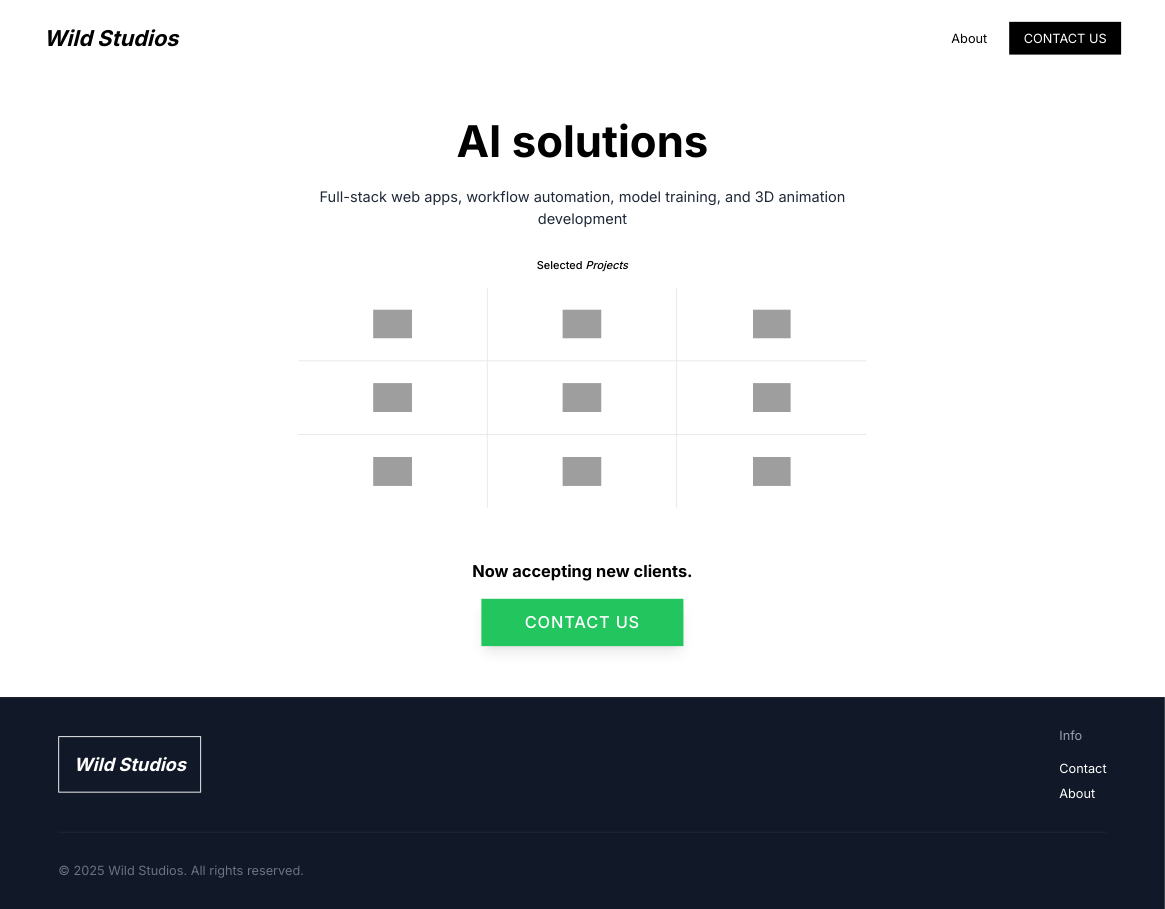
Repository: wpulier/wildstudio
Page: /
These files come from the project's save history. The page is drawn as it stood at one moment and after the next save; the edit follows.
The browser window is 1280 px wide. The pictures show the whole page, at 91% of full size.
Pictures or frames that could not be fetched are drawn as grey boxes. The project was rebuilt for these pictures with package versions that can differ from the ones it lists, and the page was loaded fresh each time. The framework's server and built-in components were replaced by stand-ins that run in the browser. Also part of the build but not shown: next.config.mjs.

Above is the page before, as saved 2025-03-01 14:08:43.

### src/app/layout.tsx
import type { Metadata } from "next";
import { Inter } from "next/font/google";
import "./globals.css";
import Footer from "./components/Footer";
import Navigation from "./components/Navigation";

const inter = Inter({ subsets: ["latin"] });

export const metadata: Metadata = {
  title: "Wild Studios | Design for the Digital Age",
  description: "Wild Studios designs products for the future. From digital interfaces to brand identities to immersive apps.",
};

export default function RootLayout({
  children,
}: Readonly<{
  children: React.ReactNode;
}>) {
  return (
    <html lang="en">
      <body className={inter.className}>
        <div className="flex flex-col min-h-screen">
          <Navigation />
          <main className="flex-grow mb-8">
            {children}
          </main>
          <Footer />
        </div>
      </body>
    </html>
  );
}

### src/app/page.tsx
import Link from 'next/link';
import { projects } from '@/data/projects';

export default function Home() {
  return (
    <>
      {/* Hero Section - Reduced top margin */}
      <section className="flex flex-col items-center justify-center text-center px-4 mt-8 md:mt-12">
        <h1 className="text-3xl md:text-5xl font-bold max-w-3xl">
          AI solutions
        </h1>

        <p className="mt-4 md:mt-6 max-w-2xl text-center text-sm md:text-base text-gray-800">
          Full-stack web apps, workflow automation, model training, and 3D animation development
        </p>
      </section>

      {/* Projects Grid Section - Reduced padding */}
      <section className="px-4 md:px-6 py-6 md:py-8 mx-auto w-full max-w-2xl">
        <h2 className="text-xs font-medium text-center mb-4">
          Selected <span className="italic">Projects</span>
        </h2>

        {/* Project Grid - Made slightly more compact */}
        <div className="mx-auto">
          <div className="grid grid-cols-3 mx-auto">
            {projects.map((project, index) => {
              const isRightBorder = index % 3 !== 2;
              const isBottomBorder = index < 6;

              return (
                <Link
                  key={index}
                  href={`/projects/${project.slug}`}
                  className={`
                    block
                    ${isRightBorder ? 'border-r border-gray-200' : ''}
                    ${isBottomBorder ? 'border-b border-gray-200' : ''}
                  `}
                >
                  <div className="h-[80px] w-full flex justify-center items-center group">
                    <img
                      src={project.logo}
                      alt={project.name}
                      className="w-[40%] h-[40%] object-contain transition-transform duration-200
                               group-hover:scale-110"
                    />
                  </div>
                </Link>
              );
            })}
          </div>
        </div>
      </section>

      {/* CTA Section - Reduced top padding */}
      <section className="py-6 px-4 text-center">
        <div className="max-w-2xl mx-auto">
          <p className="mb-4 font-bold text-lg">Now accepting new clients.</p>
          <Link
            href="/contact"
            className="inline-block bg-green-500 hover:bg-green-600 text-white py-3 px-12 uppercase tracking-wider text-base md:text-lg font-medium transition-colors duration-200 shadow-lg hover:shadow-xl"
          >
            CONTACT US
          </Link>
        </div>
      </section>
    </>
  );
}

### src/app/globals.css
@tailwind base;
@tailwind components;
@tailwind utilities;

:root {
  --foreground-rgb: 0, 0, 0;
  --background-rgb: 255, 255, 255;
}

body {
  color: rgb(var(--foreground-rgb));
  background: rgb(var(--background-rgb));
}

a {
  transition: color 0.2s ease;
}

button {
  transition: opacity 0.2s ease;
}

button:hover {
  opacity: 0.9;
}

### src/app/components/Footer.tsx
import Link from 'next/link';

export default function Footer() {
  return (
    <footer className="bg-gray-900 text-white py-6 md:py-8 px-4 md:px-12">
      <div className="max-w-6xl mx-auto">
        <div className="flex flex-col md:flex-row md:justify-between md:items-center">
          {/* Logo */}
          <div className="mb-6 md:mb-0">
            <div className="border border-white p-3 md:p-4 inline-block">
              <span className="text-lg md:text-xl italic font-bold">Wild Studios</span>
            </div>
          </div>

          {/* Simplified Navigation */}
          <div>
            <h4 className="text-xs md:text-sm text-gray-400 mb-2 md:mb-4">Info</h4>
            <ul className="space-y-1 md:space-y-2 text-sm">
              <li><Link href="/contact" className="hover:underline">Contact</Link></li>
              <li><Link href="/about" className="hover:underline">About</Link></li>
            </ul>
          </div>
        </div>

        <div className="mt-6 md:mt-8 pt-4 md:pt-8 border-t border-gray-800 text-xs md:text-sm text-gray-500">
          © {new Date().getFullYear()} Wild Studios. All rights reserved.
        </div>
      </div>
    </footer>
  );
}

### src/app/components/Navigation.tsx
import Link from 'next/link';

export default function Navigation() {
  return (
    <header className="flex justify-between items-center py-4 md:py-6 px-4 md:px-12">
      <Link href="/" className="text-xl md:text-2xl font-bold italic">
        Wild Studios
      </Link>
      <nav className="flex items-center space-x-3 md:space-x-6">
        <Link href="/about" className="text-sm hover:underline">About</Link>
        <Link href="/contact" className="text-sm bg-black text-white px-3 py-1.5 md:px-4 md:py-2">
          CONTACT US
        </Link>
      </nav>
    </header>
  );
}

### src/data/projects.ts
export interface Project {
  name: string;
  slug: string;
  logo: string;
  description: string;
}

export const projects: Project[] = [
  {
    name: "Spotify",
    slug: "spotify",
    logo: "https://upload.wikimedia.org/wikipedia/commons/thumb/8/84/Spotify_icon.svg/232px-Spotify_icon.svg.png",
    description: "Redesigning the listening experience"
  },
  {
    name: "Adobe",
    slug: "adobe",
    logo: "https://upload.wikimedia.org/wikipedia/commons/thumb/8/8d/Adobe_Corporate_Logo.png/220px-Adobe_Corporate_Logo.png",
    description: "Reimagining creative tools"
  },
  {
    name: "Tesla",
    slug: "tesla",
    logo: "https://upload.wikimedia.org/wikipedia/commons/thumb/b/bd/Tesla_Motors.svg/220px-Tesla_Motors.svg.png",
    description: "Future of automotive interfaces"
  },
  {
    name: "Airbnb",
    slug: "airbnb",
    logo: "https://upload.wikimedia.org/wikipedia/commons/thumb/6/69/Airbnb_Logo_B%C3%A9lo.svg/220px-Airbnb_Logo_B%C3%A9lo.svg.png",
    description: "Revolutionizing travel experiences"
  },
  {
    name: "Apple",
    slug: "apple",
    logo: "https://upload.wikimedia.org/wikipedia/commons/thumb/f/fa/Apple_logo_black.svg/220px-Apple_logo_black.svg.png",
    description: "Designing next-gen devices"
  },
  {
    name: "Slack",
    slug: "slack",
    logo: "https://upload.wikimedia.org/wikipedia/commons/thumb/d/d5/Slack_icon_2019.svg/220px-Slack_icon_2019.svg.png",
    description: "Transforming workplace communication"
  },
  {
    name: "Netflix",
    slug: "netflix",
    logo: "https://upload.wikimedia.org/wikipedia/commons/thumb/0/08/Netflix_2015_logo.svg/220px-Netflix_2015_logo.svg.png",
    description: "Reimagining streaming experiences"
  },
  {
    name: "Google",
    slug: "google",
    logo: "https://upload.wikimedia.org/wikipedia/commons/thumb/2/2f/Google_2015_logo.svg/220px-Google_2015_logo.svg.png",
    description: "Creating the search of tomorrow"
  },
  {
    name: "Twitter",
    slug: "twitter",
    logo: "https://upload.wikimedia.org/wikipedia/commons/thumb/6/6f/Logo_of_Twitter.svg/220px-Logo_of_Twitter.svg.png",
    description: "Redefining social conversations"
  }
];

### tailwind.config.js
/** @type {import('tailwindcss').Config} */
module.exports = {
  content: [
    "./src/app/**/*.{js,ts,jsx,tsx}",
    "./src/pages/**/*.{js,ts,jsx,tsx}",
    "./src/components/**/*.{js,ts,jsx,tsx}",
  ],
  theme: {
    extend: {},
  },
  plugins: [],
}

After the next save:
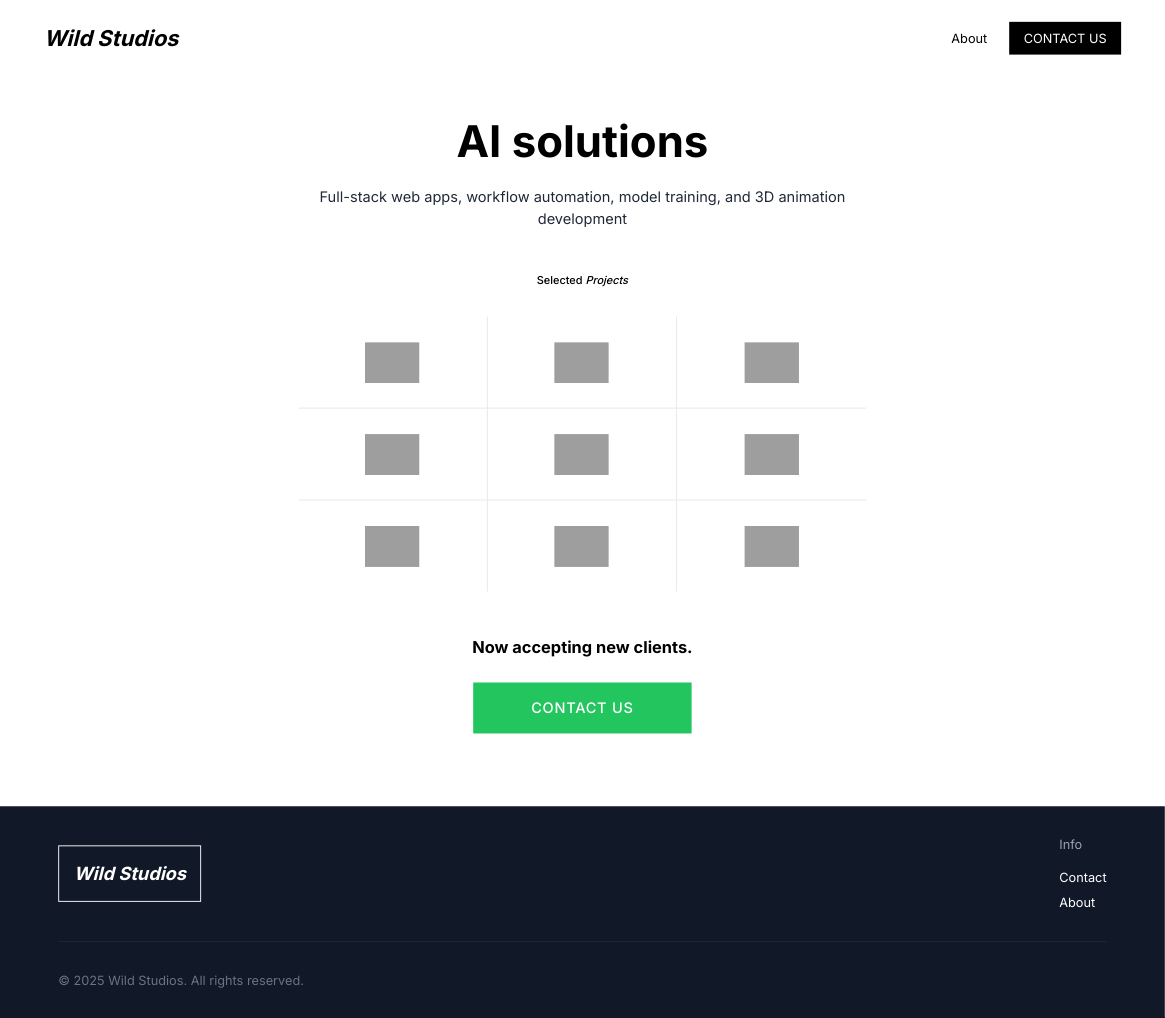
Saved 2 min 0 s later.
--- a/src/app/page.tsx
+++ b/src/app/page.tsx
@@ -4,7 +4,7 @@ import { projects } from '@/data/projects';
 export default function Home() {
   return (
     <>
-      {/* Hero Section - Reduced top margin */}
+      {/* Hero Section */}
       <section className="flex flex-col items-center justify-center text-center px-4 mt-8 md:mt-12">
         <h1 className="text-3xl md:text-5xl font-bold max-w-3xl">
           AI solutions
@@ -15,14 +15,14 @@ export default function Home() {
         </p>
       </section>
 
-      {/* Projects Grid Section - Reduced padding */}
-      <section className="px-4 md:px-6 py-6 md:py-8 mx-auto w-full max-w-2xl">
-        <h2 className="text-xs font-medium text-center mb-4">
+      {/* Projects Grid Section */}
+      <section className="px-4 md:px-6 py-12 mx-auto w-full max-w-2xl">
+        <h2 className="text-xs font-medium text-center mb-8">
           Selected <span className="italic">Projects</span>
         </h2>
 
-        {/* Project Grid - Made slightly more compact */}
-        <div className="mx-auto">
+        {/* Project Grid */}
+        <div className="mx-auto mb-12">
           <div className="grid grid-cols-3 mx-auto">
             {projects.map((project, index) => {
               const isRightBorder = index % 3 !== 2;
@@ -38,11 +38,11 @@ export default function Home() {
                     ${isBottomBorder ? 'border-b border-gray-200' : ''}
                   `}
                 >
-                  <div className="h-[80px] w-full flex justify-center items-center group">
+                  <div className="h-[100px] w-full flex justify-center items-center group">
                     <img
                       src={project.logo}
                       alt={project.name}
-                      className="w-[40%] h-[40%] object-contain transition-transform duration-200
+                      className="w-[45%] h-[45%] object-contain transition-transform duration-200
                                group-hover:scale-110"
                     />
                   </div>
@@ -51,15 +51,13 @@ export default function Home() {
             })}
           </div>
         </div>
-      </section>
 
-      {/* CTA Section - Reduced top padding */}
-      <section className="py-6 px-4 text-center">
-        <div className="max-w-2xl mx-auto">
-          <p className="mb-4 font-bold text-lg">Now accepting new clients.</p>
+        {/* CTA Section - Integrated with Projects section */}
+        <div className="text-center mt-8">
+          <p className="mb-6 font-bold text-lg">Now accepting new clients.</p>
           <Link
             href="/contact"
-            className="inline-block bg-green-500 hover:bg-green-600 text-white py-3 px-12 uppercase tracking-wider text-base md:text-lg font-medium transition-colors duration-200 shadow-lg hover:shadow-xl"
+            className="inline-block bg-[#22c55e] hover:bg-[#16a34a] text-white py-4 px-16 uppercase tracking-wider text-base font-medium transition-colors duration-200"
           >
             CONTACT US
           </Link>
